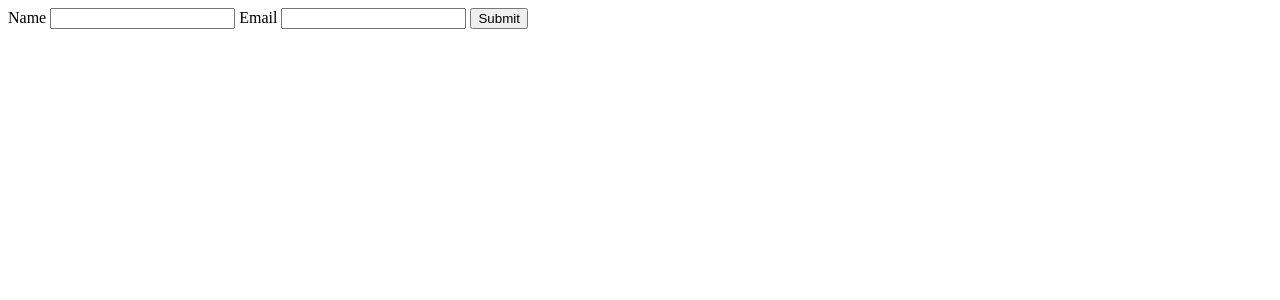
Repository: 23subbhashit/JSP_And_Servlet
Page: FirstWeb/WebContent/index.html
An editor plug-in stored every save of this project. The page is shown before and after the next save, followed by the edit.
The browser window is 1280 px wide. The pictures show the whole page.

Above is the page before, as saved 2020-11-01 06:39:24.

After the next save:
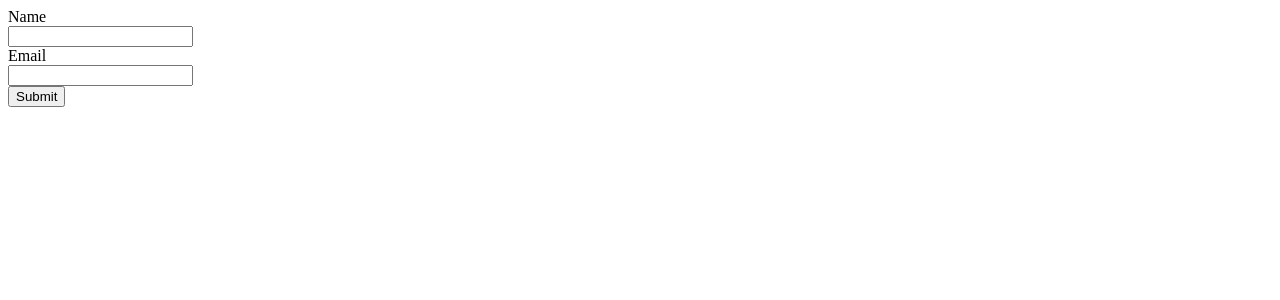
Saved 31 s later.
--- a/FirstWeb/WebContent/index.html
+++ b/FirstWeb/WebContent/index.html
@@ -7,10 +7,10 @@
 </head>
 <body>
 	<form action="add">
-		<label>Name</label>
-		<input type="text"/>
-		<label>Email</label>
-		<input type="email"/>
+		<label>Name</label><br/>
+		<input type="text"/><br/>
+		<label>Email</label><br/>
+		<input type="email"/><br/>
 		<input type="submit"/>
 	</form>
 </body>
